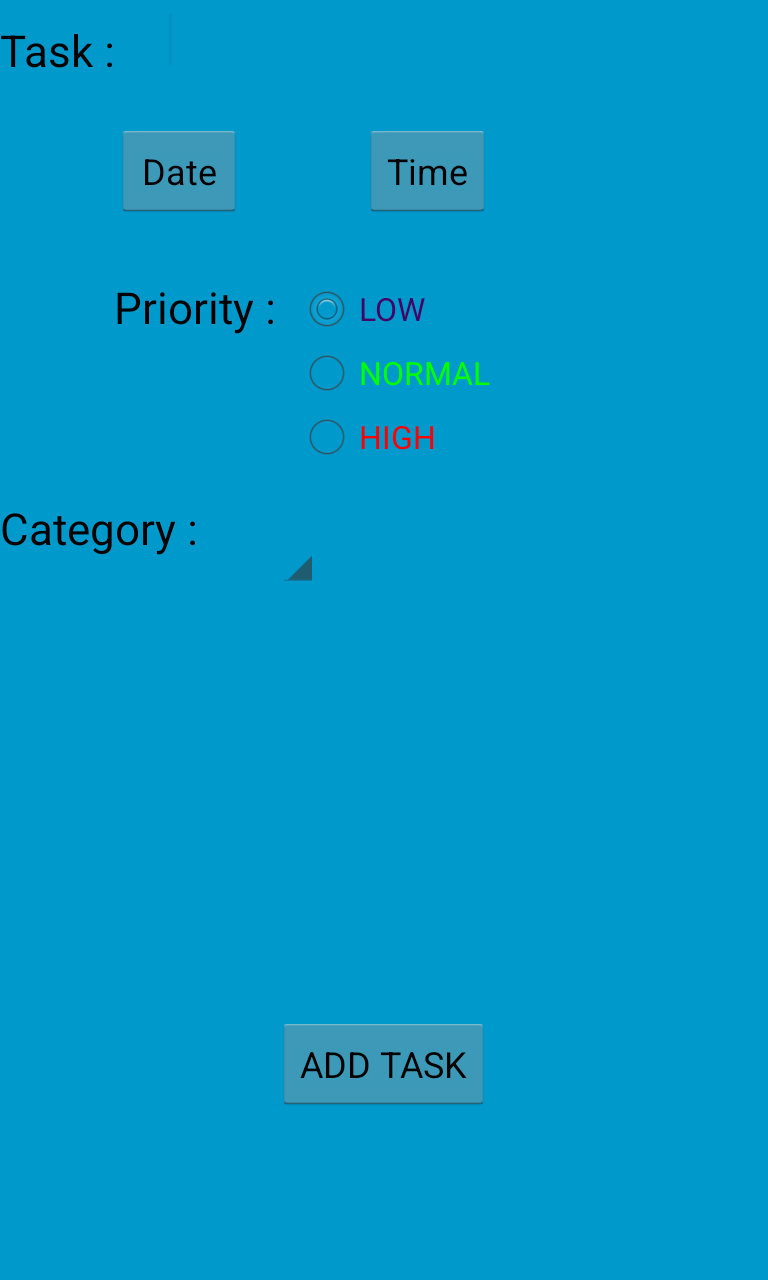
Repository: satyadarls/ToDo
Layout: ToDo/res/layout/customdialog_layout.xml
The author's editor kept a copy of each file at every save. The layout is drawn from the files as they stood at one save, then again after the next save.
It is drawn on a 768 x 1280 px phone screen (xhdpi) without system bars, with theme AppTheme; the app's code is not run.

Above is the layout before, as saved 2014-07-07 17:20:16.

After the next save:
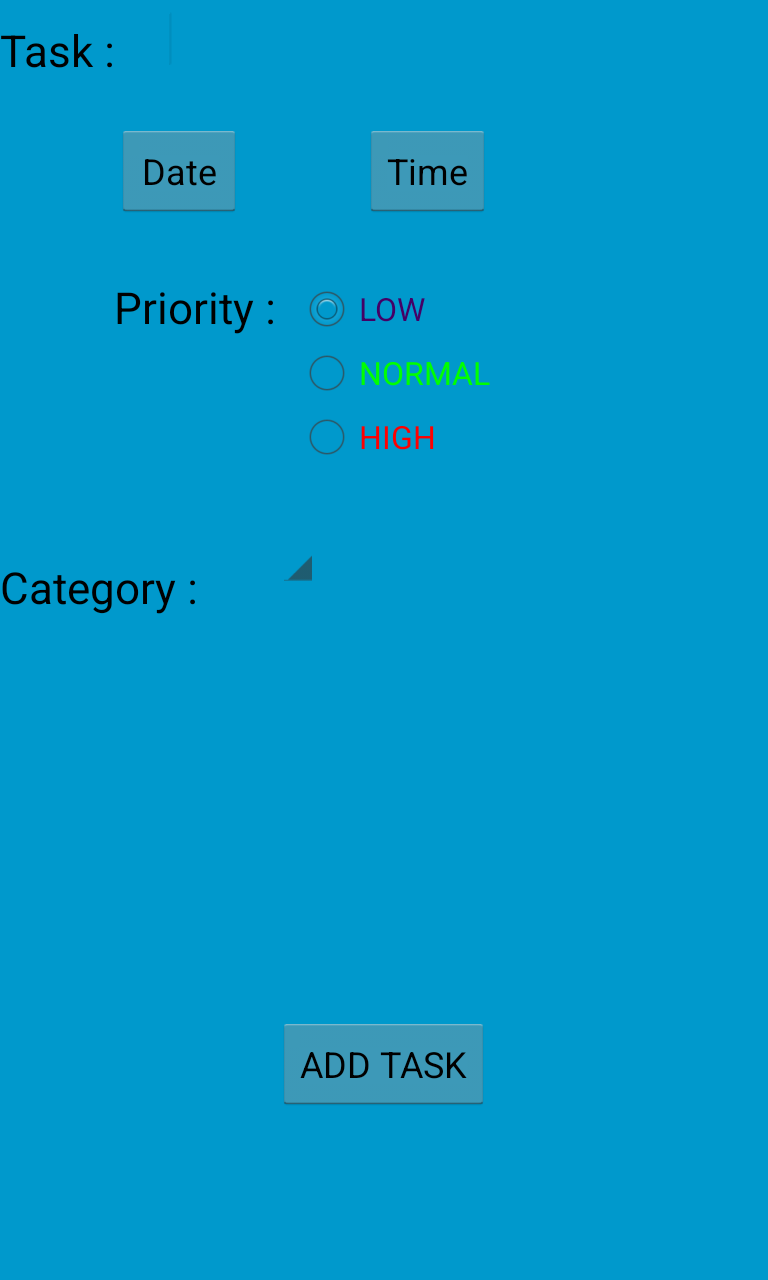
Saved 41 s later.
--- a/ToDo/res/layout/customdialog_layout.xml
+++ b/ToDo/res/layout/customdialog_layout.xml
@@ -106,9 +106,9 @@
         android1:id="@+id/textView3"
         android1:layout_width="wrap_content"
         android1:layout_height="wrap_content"
-        android1:layout_alignBottom="@+id/spinner1"
         android1:layout_alignParentLeft="true"
-        android1:layout_marginBottom="16dp"
+        android1:layout_alignTop="@+id/spinner1"
+        android1:layout_marginTop="16dp"
         android1:text="Category :"
         android1:textAppearance="?android:attr/textAppearanceLarge" />
 
